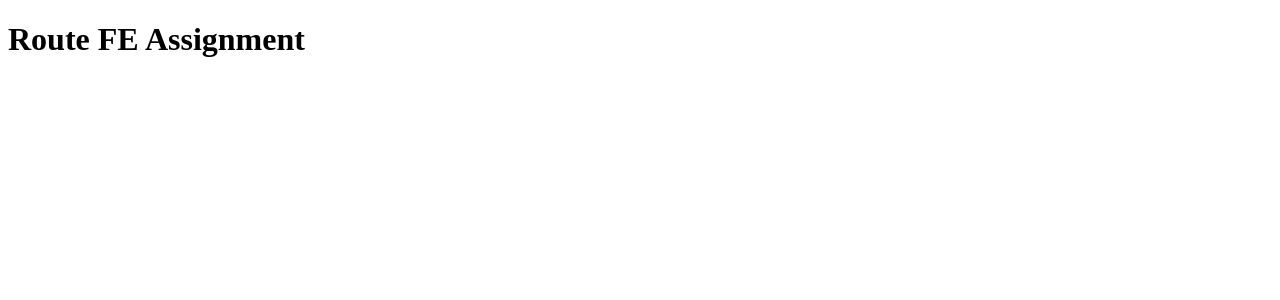
Repository: Basem-Serag/FE-Assignments
Page: index.html
An editor plug-in stored every save of this project. The page is shown before and after the next save, followed by the edit.
The browser window is 1280 px wide. The pictures show the whole page.

Above is the page before, as saved 2025-03-20 19:06:02.

### index.html
<!DOCTYPE html>
<html lang="en">
  <head>
    <meta charset="UTF-8" />
    <meta name="viewport" content="width=device-width, initial-scale=1.0" />
    <title>My Assignments</title>
  </head>
  <body>
    <h1>Route FE Assignment</h1>
  </body>
</html>

After the next save:
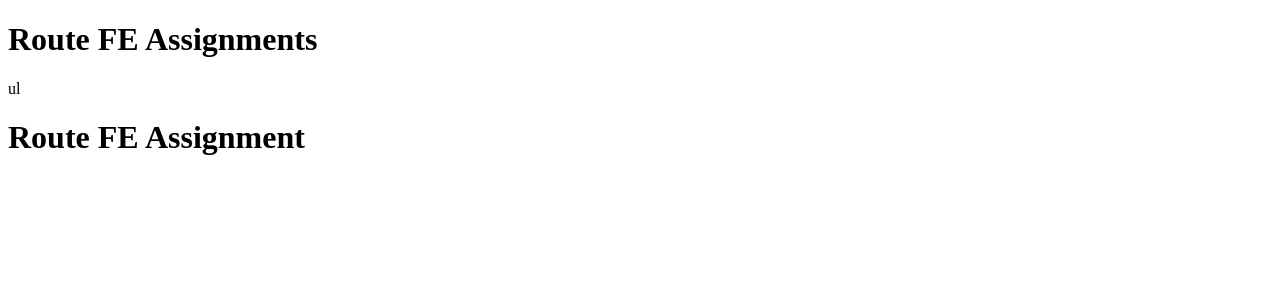
Saved 12 s later.
--- a/index.html
+++ b/index.html
@@ -1,3 +1,15 @@
+<!DOCTYPE html>
+<html lang="en">
+  <head>
+    <meta charset="UTF-8" />
+    <meta name="viewport" content="width=device-width, initial-scale=1.0" />
+    <title>My Assignments</title>
+  </head>
+  <body>
+    <h1>Route FE Assignments</h1>
+    ul
+  </body>
+</html>
 <!DOCTYPE html>
 <html lang="en">
   <head>
